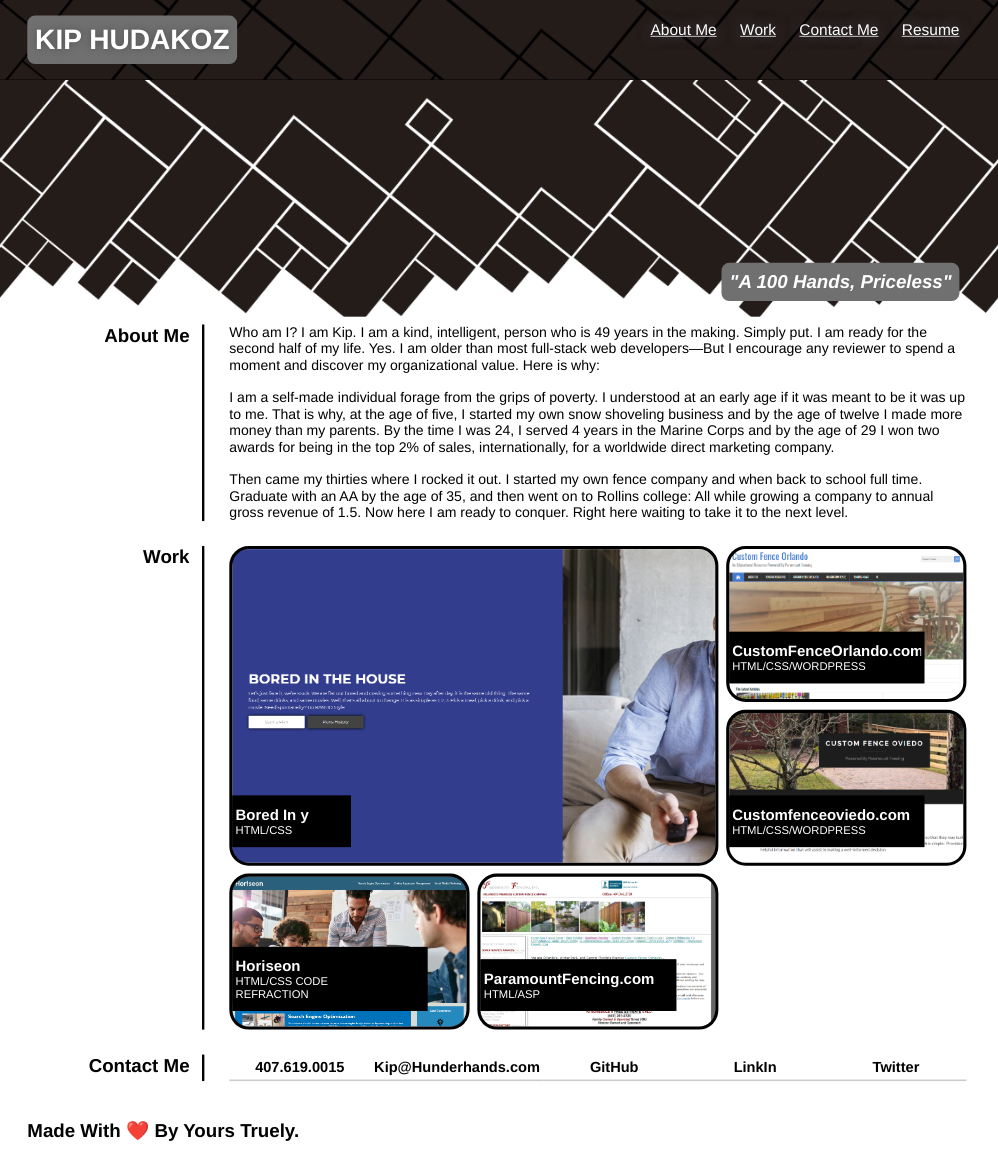
Repository: KHudaKoz/myportfolio
Page: index.html
An editor plug-in stored every save of this project. The page is shown before and after a run of saves, followed by the edit.
The browser window is 1280 px wide. The pictures show the whole page, at 78% of full size.
Backgrounds fixed to the window are drawn as part of the page.

Above is the page before, as saved 2021-02-13 20:23:11.

### index.html
<!DOCTYPE html>
<html lang="en">

<head>
    <meta charset="UTF-8" />
    <meta name="viewport" content="width=device-width, initial-scale=1.0" />
    <link rel="stylesheet" href="./assets/css/style.css">
    <title>Kip HudaKoz's Portfolio</title>
</head>

<title>CSS GRID</title>

<body>
    <!-- navigation tags - block level elements-->
    <header>
        <h1>
            <a href="index.html">KIP HUDAKOZ</a>
        </h1>
        <nav>
            <ul>
                <li>
                    <a href="#about-me">About Me</a>
                </li>
                <li>
                    <a href="#contact-me">Work</a>
                </li>
                <li>
                    <a href="#contact-me">Contact Me</a>
                </li>
                <li>
                    <a href="#resume">Resume</a>
                </li>
            </ul>
        </nav>
    </header>
    <!-- end navigation -->

    <!-- start hero/jumbotron-->
    <section class="hero" title="graphic with lines">
        <div class="coolq">
            <h2>
                "A 100 Hands, Priceless"
            </h2>
        </div>
    </section>
    <!-- start about me -->

    <section class="wrapper" id="about-me">
        <div>
            <h2>About Me </h2>
        </div>
        <p>
            Who am I? I am Kip. I am a kind, intelligent, person who is 49 years in the making. Simply put. I am ready
            for the second half of my life. Yes. I am older than most full-stack web developers—But I encourage any
            reviewer to spend a moment and discover my organizational value. Here is why:
        </br> </br>

            I am a self-made individual forage from the grips of poverty. I understood at an early age if it was meant
            to be it was up to me. That is why, at the age of five, I started my own snow shoveling business and by the
            age of twelve I made more money than my parents. By the time I was 24, I served 4 years in the Marine Corps
            and by the age of 29 I won two awards for being in the top 2% of sales, internationally, for a worldwide
            direct marketing company.

        </br> </br>
            Then came my thirties where I rocked it out. I started my own fence company and when back to school full
            time. Graduate with an AA by the age of 35, and then went on to Rollins college: All while growing a company
            to annual gross revenue of 1.5. Now here I am ready to conquer. Right here waiting to take it to the next
            level.

        </p>
        <div>
            <h2> Work </h2>
        </div>
        <article id="work" class="nested">

            <a href="hhttps://iitoneloc.github.io/covid-master/" style="text-decoration:none" target="_black"
                class="nested-item-1  nested-item" title="A Photo of Run-Buddy My Code Refractions">
                <div class="tt">
                    <h3>Bored In y</h3>
                    <p>HTML/CSS</p>
                </div>
            </a>

            <a href="https://khudakoz.github.io/run-buddy" style="text-decoration:none" target="_black"
                class="nested-item-2  nested-item" title="A Photo Of A Custom Fence ">
                <div class="tt">
                    <h3>CustomFenceOrlando.com</h3>
                    <p>HTML/CSS/WORDPRESS</p>
                </div>
            </a>


            <a href="https://khudakoz.github.io/run-buddy" style="text-decoration:none" target="_black"
                class="nested-item-3  nested-item">
                <div class="tt">
                    <h3>Customfenceoviedo.com</h3>
                    <p>HTML/CSS/WORDPRESS</p>
                </div>
            </a>

            <a href="https://khudakoz.github.io/run-buddy" style="text-decoration:none" target="_black"
                class="nested-item-4  nested-item">
                <div class="tt">
                    <h3> Horiseon</h3>
                    <p> HTML/CSS CODE REFRACTION</p>
                </div>
            </a>


            <a href="http://paramountfencing.com" style="text-decoration:none" target="_black"
                class="nested-item-5  nested-item">
                <div class="tt">
                    <h3>ParamountFencing.com</h3>
                    <p> HTML/ASP</p>
                </div>
            </a>

        </article>
        <div>
            <h2> Contact Me </h2>
        </div>
        <article id="contact-me" class="contact">
            <div class="box">
                <h3>407.619.0015</h3>
            </div>
            <div class="box">
                <h3>Kip@Hunderhands.com
                </h3>
            </div>
            <div class="box">
                <h3>
                    GitHub
                </h3>
            </div>
            <div class="box">
                <h3>
                    LinkIn
                </h3>
            </div>
            <div class="box">
                <h3>
                    Twitter
                    <h3>
            </div>
        </article>
    </section>
    <footer>
        <h2>
            Made With &#10084;&#65039; By Yours Truely.
        </h2>
    </footer>
    <!-- end Footer -->
</body>
</body>

</html>

### assets/css/style.css


 :root {
  --primary-color: #707070;
  --secondary-color: #ffffff;
  --tertiary-color: #000000;
}


* {
  box-sizing: border-box;
  margin: 0;
  padding: 0;
}


/* BODY STARTS */
body {
  color: var(--tertiary-color);
  font-family: Helvetica, Arial, sans-serif;
}
/* BODY STARTS */

/*  BEGIN HEADER */
header {
  padding: 20px 35px;
  background-color: var(--tertiary-color);
  background-image: url('../images/hero-bgthree.png');
  display: flex;
  justify-content: space-between;
  flex-wrap: wrap;
  position: sticky;
  position: -webkit-sticky;
  top: 0;
  background-size: cover;
  background-attachment: fixed;
  background-position: 80%;
  z-index: 9999;
}

header h1 {
  font-weight: bold;
  margin: 0;
  font-size: 36px;
  color: var(--primary-color);
  text-shadow: 0 0 10px rgba(70, 70, 71, 0.75);
  background-color: var(--primary-color);
  right: 50px;
  bottom: 20px;
  padding: 10px;
  border-radius: 10px;
}

/* NAVIGATION BEGINS */
header a {
  text-decoration: none;
  color: var(--secondary-color);
}

header nav {
  margin: 7px 0;
}

header nav ul {
  display: flex;
  flex-wrap: wrap;
  justify-content: space-between;
  align-items: center;
  list-style: none;
}

header nav ul li a {
  padding: 10px 15px;
  font-weight: lighter;
  font-size: 1.55vw;
  text-shadow: 0 0 20px rgb(80, 83, 97);
  text-decoration-line: underline;
}

header nav ul li a:hover {
  background: var(--primary-color);
  color: var(--secondary-color);
  border-radius: 15px;
  text-shadow: none;
}
/* NAVIGATION BEGINS */
/* END HEADER */

/* START HERO */
section {
padding: 10px;
}

.hero  {
background-image: url('../images/hero-bgthree.png');
background-size: cover;
justify-content: Center;
flex-wrap: wrap;
align-items: flex-start;
background-attachment: fixed;
background-position: 80%;
padding-bottom: 250px;
position: sticky;
}

.coolq {
  width: 35%;
  text-align: right;
  margin: 3.5%;
  color: #fff;
  font-size: 18px;
  line-height: 1.2;
  font-style: italic;
}

.coolq h2 {
  font-size: 24px;
  color: var(--secondary-color);
  background-color: var(--primary-color, 0.5);
  text-shadow: 0 0 10px rgba(70, 70, 71, );
  position: absolute;
  right: 50px;
  bottom: 20px;
  padding: 10px;
  border-radius: 10px;
}

/* END HERO */

/* CREATING MAIN WRAPPER */
.wrapper {
    display: grid;
    grid-template-columns: 20% 75%;
    grid-gap: 2em;
    Padding: 10px
    }

.wrapper > div {
    background-color: var(--secondary-color);
    padding-right: 1em;
    grid-gap: 1em;
    border-right: 3px solid var(--tertiary-color);
    text-align: right;
}

.wrapper > p {
  font-size: 18px;
}

 /* HEADER TWO */

 .wrapper h2 {
     display:inline-block;
     font-size: 24px;
     text-align: left;
     overflow: hidden;
     }
 /* BREAKING UP WORDS OF H2 */

  /* WORKING ON NESTED FEATURES */

.nested {
  display: grid;
  column-gap: 10px;
  row-gap: 10px;
  grid-auto-flow: dense;
  grid-template-columns: repeat(12, 1fr);
  grid-auto-rows: minmax(150px, 1fr);
  max-width: 100%;
   }
/* START NESTED ITEM */
.nested-item {
  border: 5px solid var(--secondary);
  grid-column: span 4;
  background-color: var(--primary);
  color: var(--tertiary);
  min-height: 200px;
  display: flex;
  align-items: flex-end;
  padding: 0 0 20px 0;
  text-decoration: none;
  background-blend-mode: soft-light;
  background-size: 150%;
  transition: all 0.5s;
  font-size: 0.9rem;
}



/* CSS GRID NESTED UP */
.nested-item:first-child {
  grid-column: span 8;
  grid-row: span 2;
}
.nested-item:hover {
background-color: rgba(88, 83, 83, 0.3);
}
.nested-item div {
background-color: var(--secondary);
padding: 8px 10px;
}
.nested-item h3 {
font-size: 1.2rem;
color: var(--secondary-color)
}

.nested-item p {
color: var(--secondary-color);

}

.nested div {
  border: 4px var(--tertiary-color) solid;
  padding-right: 50px;
  background-color: var(--tertiary-color);
  padding: 10px 50px 10px 0px;
}

.nested a {
  border: 4px var(--tertiary-color) solid;
  border-radius: 25px;
  padding-right: 50px;
}

.tt {
  overflow: hidden;
}
/* WORK NESTED ITEMS BACK GROUND */
.nested-item-1 {
  background-image: url("../images/Boredinhouse.png");
  background-size: cover;

  }

.nested-item-2 {
  background-image: url("../images/CFORLANDO.png");
  background-size: cover;
  }

.nested-item-3 {
  background-image: url("../images/cfoviedo1.png");
  background-size: cover;
  }

.nested-item-4 {
  background-image: url("../images/Horiseon.png");
  background-size: cover;
  }

.nested-item-5 {
  background-image: url("../images/pfi1.png");
  background-size: cover;
  }

  /* END OF NESTED GRID */

  /* START OF CONTACT ME NESTED  */
.contact {
    display: flex;
    justify-content:space-around;
}

.contact > div {
  border-bottom: 2px #ccc solid;
  padding: 5px;
  justify-content: stretch;
  align-self: center;
}
          .box {
              flex: 1;
              text-align: center;
          }

  .contact {
      flex-basis: 20%;
      flex-wrap: wrap;
  }
/* BEGIN FOOTER */
footer {
  background: var(--secondary-color);
  color: var(--tertiary-color);
  width: 100%;
  padding: 40px 35px;
}

footer h2 {
  display: end;
  color: va(--tertiary-color);
  font-size: 24px;
  margin: 0;
}


/* MEDIA QUIERY  */
/* 1020 px */

@media screen and (max-width: 1024px) {
  .wrapper > p {
    font-size: 18px;
  }
   .nested-item {
    grid-template-columns: 1fr 1fr;
  }

  .nested-item-1.nested-item {
    grid-column: 1 / -1;
    grid-row: 1;
  }


  .nested-item-3.nested-item {
    grid-column: 1 / -1;
  }


  .nested-item-5.nested-item{
    grid-column: 1/ -1;
  }

  .nested-item-2.nested-item{
    grid-column: 1/ -1;
  }

  .nested-item-4.nested-item {
    grid-column: 1 / -1;

}

}
@media screen and (max-width: 575px) {

  header {
    padding: 40px 35px;
    background-color: var(--tertiary-color);
    background-image: url('../images/hero-bgthree.png');
    display: flex;
    justify-content: center;
    flex-wrap: wrap;
    top: ;
    background-size: cover;
    background-attachment: fixed;
    background-position: 100%;
    z-index: 9999;
  }

  header h1 {
    font-weight: bold;
    margin: 0;
    font-size: 20px;
    color: var(--primary-color);
    text-shadow: 0 0 10px rgba(70, 70, 71, 0.75);
    background-color: var(--primary-color);
    right: 50px;
    bottom: 20px;
    padding: 10px;
    border-radius: 10px;
  }

  header nav ul li a {
    padding: 20px 15px;
    font-weight: lighter;
    font-size: 3.1vw;
    Padding: 10px;
    text-shadow: 0 0 20px rgb(80, 83, 97);
    text-decoration-line: underline;
  }


 .wrapper {
grid-template-columns: 1fr;
grid-gap: 2em;
Padding: 10px;
}

.wrapper > div {
  width: 90%;
  border-bottom: 2px solid var(--tertiary-color);
  border-right: 15px;
  text-align: center;
  padding-right: 15px;
}
  .wrapper h2 {
    font-size: 30px;
    justify-content: center;
    text-align: center;
    overflow: hidden;
  }

  .wrapper > p {
    font-size: 16px;
    max-width: 90%;
    text-align: center;
  }

  /* gitting rid of space */

  .nested {
    display: inline;
    row-gap: 15px;
  }

  .nested-item {
   grid-template-columns: 1fr 1fr;
   justify-content: auto;
 }

 .nested-item-1.nested-item {
   grid-column: 1;

 }


 .nested-item-3.nested-item {
   grid-column: 1;
 }


 .nested-item-5.nested-item{
   grid-column: 1;
 }

 .nested-item-2.nested-item{
   grid-column: 1;
 }

 .nested-item-4.nested-item {
   grid-column: 1;
 }

   .contact {
    display: inline;
    flex-wrap: wrap;
    justify-content: center;

}

.contact > div {
  border-bottom: 0px #ccc solid;
  border-bottom: 2px var(--secondary-color) solid;
  padding: 10px;
  justify-content: stretch;
  align-self: center;
}
          .box {
              flex: none;
              flex-wrap: wrap;
              text-align: start;
          }


}

After the next 2 saves:
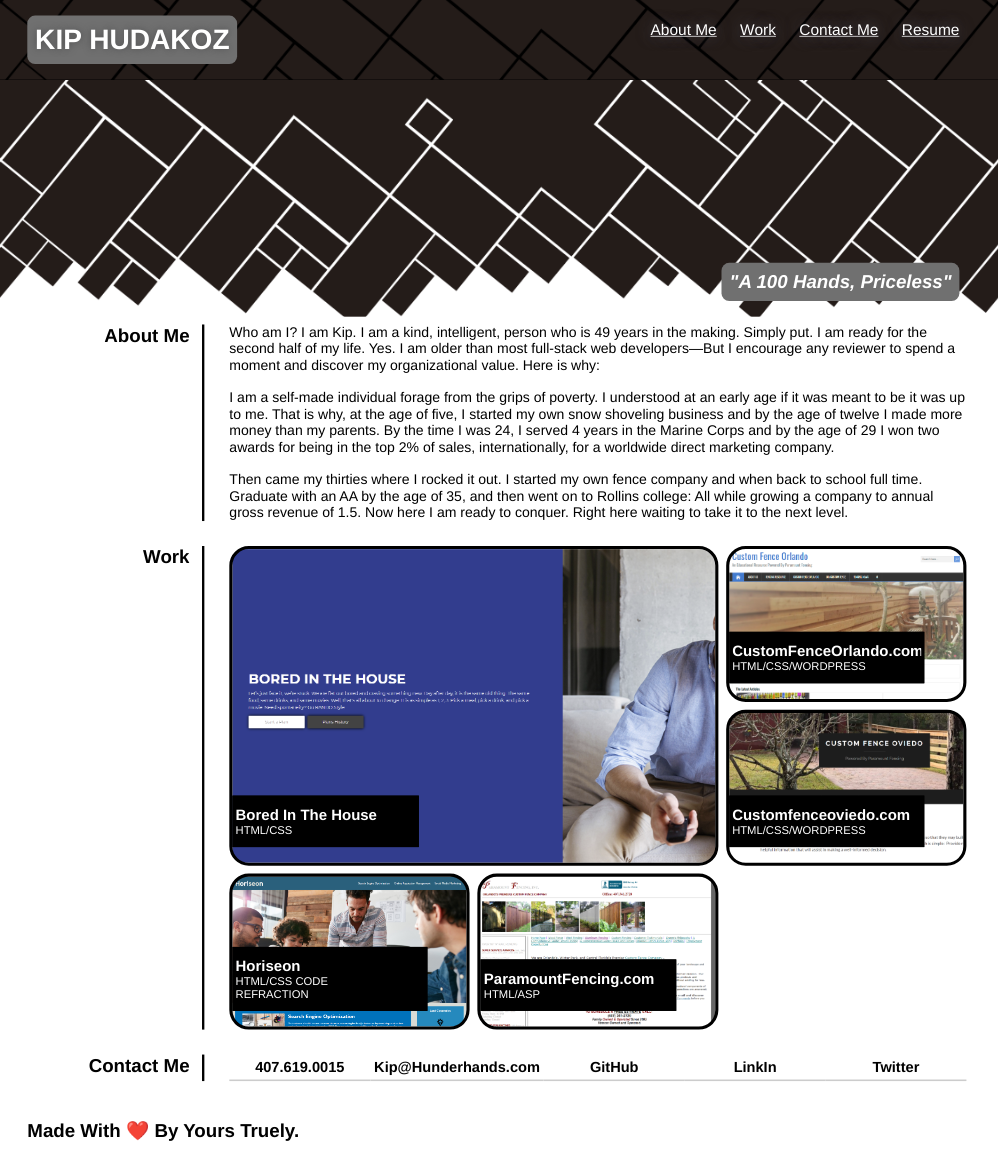
The 2 saves are shown as one change because they came seconds apart.
The last was saved 8 s later.
--- a/index.html
+++ b/index.html
@@ -76,7 +76,7 @@
             <a href="hhttps://iitoneloc.github.io/covid-master/" style="text-decoration:none" target="_black"
                 class="nested-item-1  nested-item" title="A Photo of Run-Buddy My Code Refractions">
                 <div class="tt">
-                    <h3>Bored In y</h3>
+                    <h3>Bored In The House</h3>
                     <p>HTML/CSS</p>
                 </div>
             </a>
